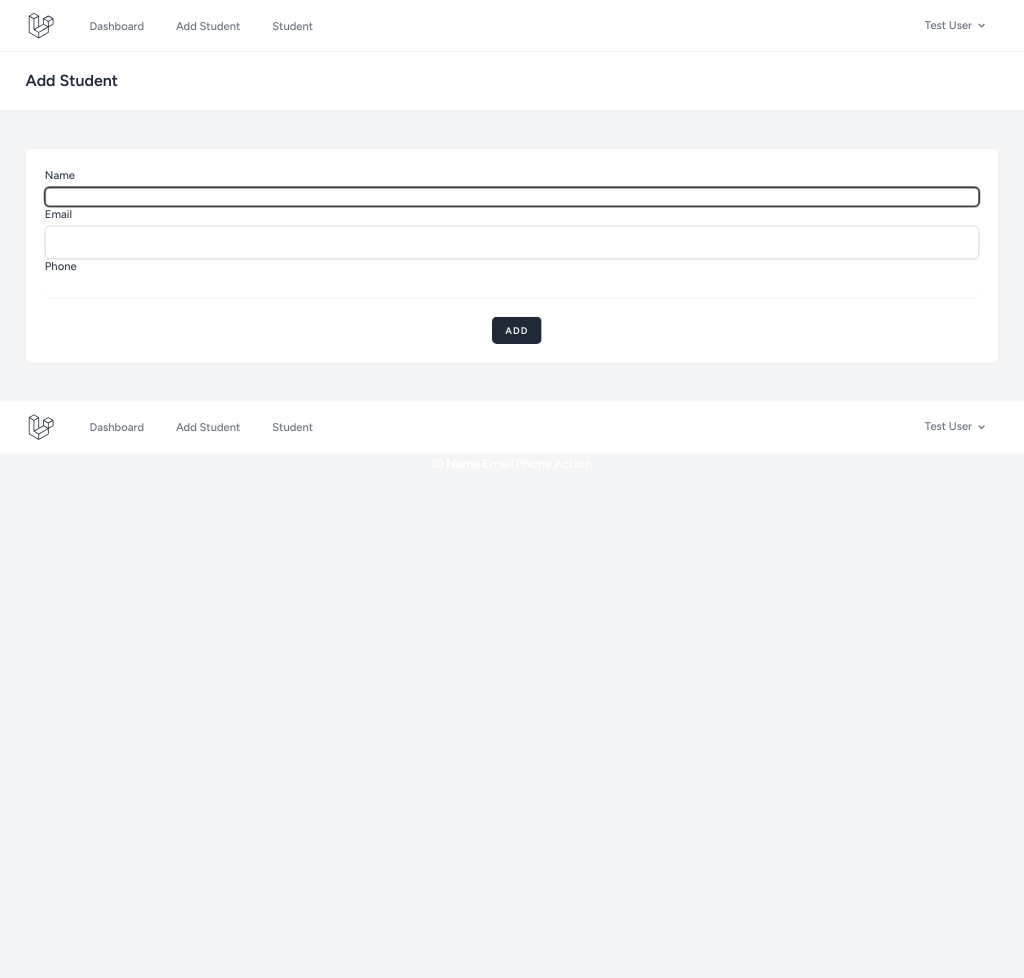
Repository: rkrukshan/CRUD-with-Laravel-V.10-Breeze
Page: http://localhost/add-student
The author's editor kept a copy of each file at every save. The page is drawn from the files as they stood at one save, then again after a run of saves.
The browser window is 1280 px wide. The pictures show the whole page, at 80% of full size.
The page is served by the project's Laravel application, run on PHP 8.4 with Laravel 10. A made-up administrator, Test User (test@example.com), is signed in. Style sheets and scripts are compiled from the project's sources, by tool versions that may differ from the author's. Queries for data that is not in the repository find no rows.

Above is the page before, as saved 2023-11-15 11:07:36.

After the next 2 saves:
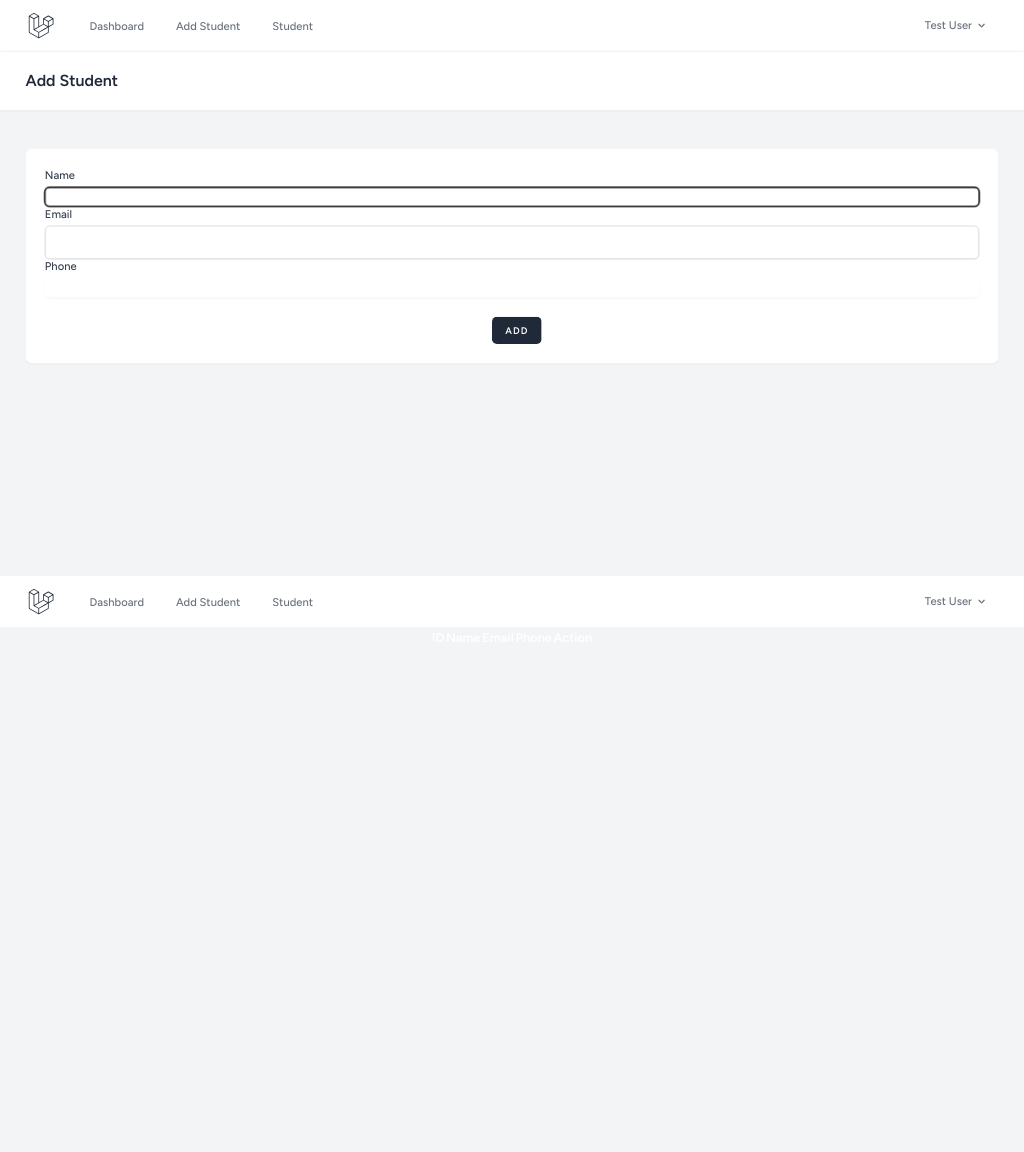
The 2 saves are shown as one change because they came seconds apart.
The last was saved 42 s later.
--- a/resources/views/student/create.blade.php
+++ b/resources/views/student/create.blade.php
@@ -52,5 +52,5 @@
             </div>
         </div>
     </div>
-    @include('student.index')
 </x-app-layout>
+@include('student.index')

After the save that followed:
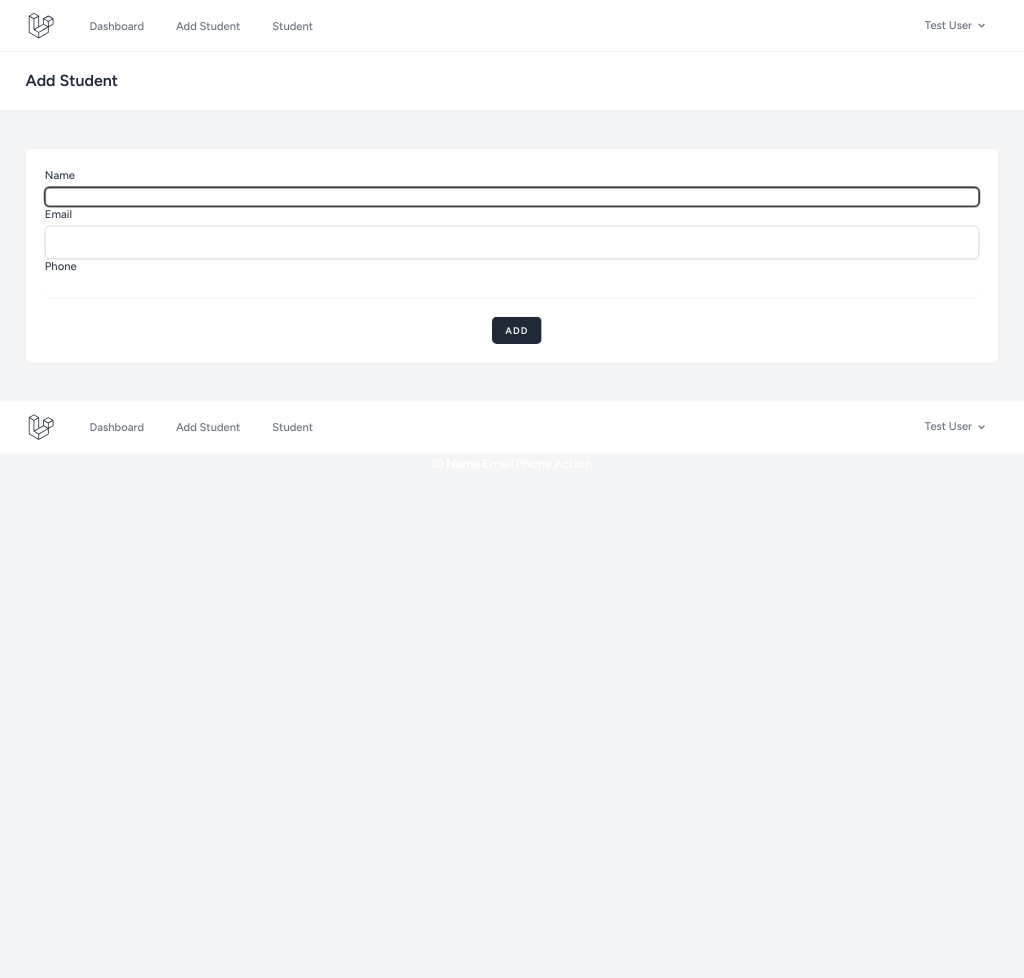
Saved 17 s later.
--- a/resources/views/student/create.blade.php
+++ b/resources/views/student/create.blade.php
@@ -52,5 +52,5 @@
             </div>
         </div>
     </div>
+    @include('student.index')
 </x-app-layout>
-@include('student.index')
